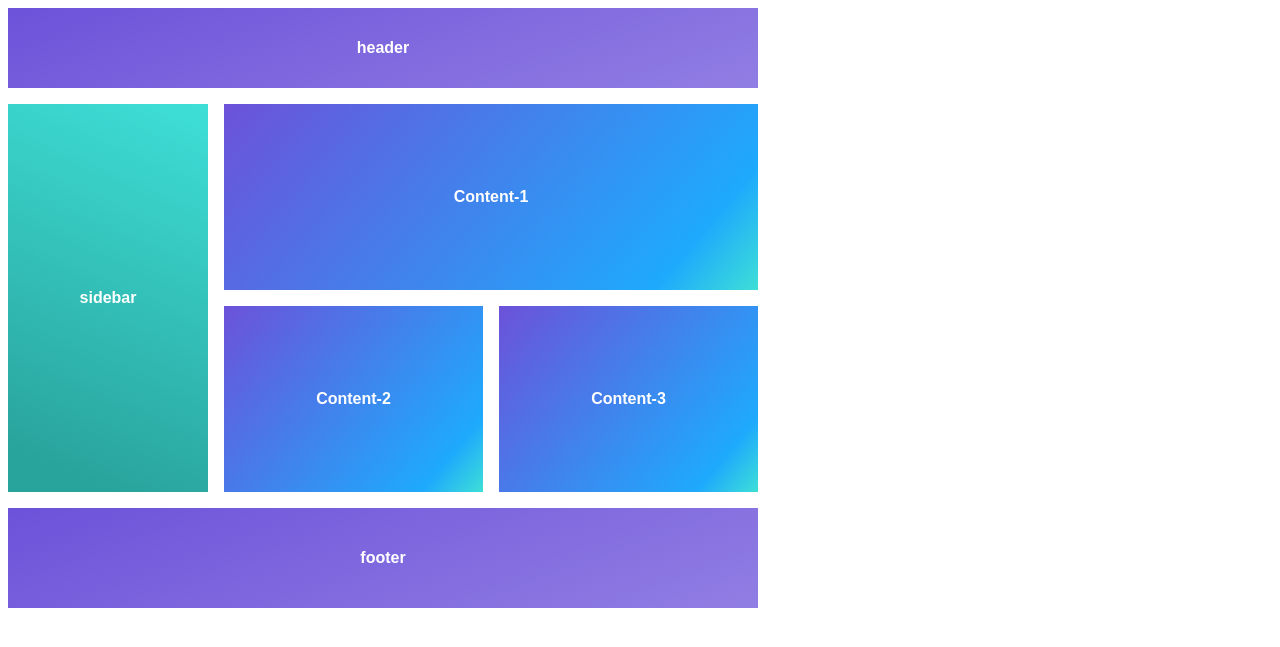
Repository: mariocapitbrok/css-grid
Page: 2_basicLayout/index.html
These files come from the project's save history. The page is drawn as it stood at one moment and after the next save; the edit follows.
The browser window is 1280 px wide. The pictures show the whole page.

Above is the page before, as saved 2022-12-30 14:19:04.

After the next save:
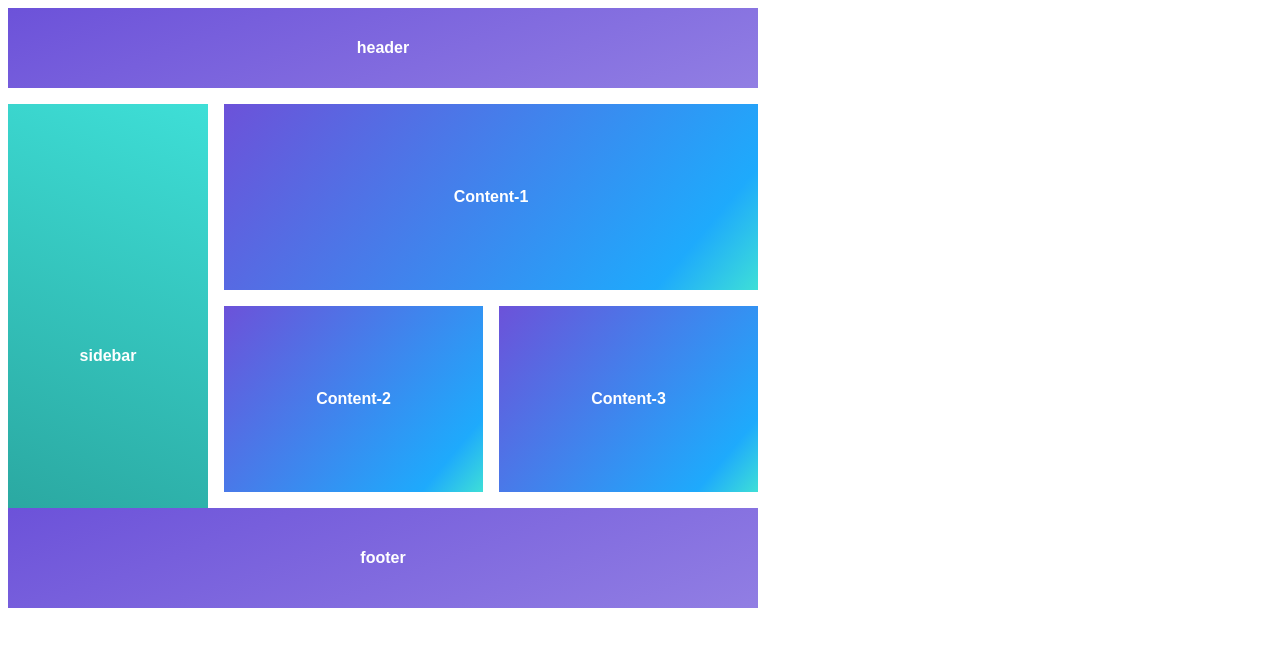
Saved 13 s later.
--- a/2_basicLayout/styles.css
+++ b/2_basicLayout/styles.css
@@ -25,7 +25,7 @@
 
 .sidebar {
   grid-column: 1 / 2;
-  grid-row: 2 / 4;
+  grid-row: 2 / 5;
   display: flex;
   justify-content: center;
   align-items: center;

After the save that followed:
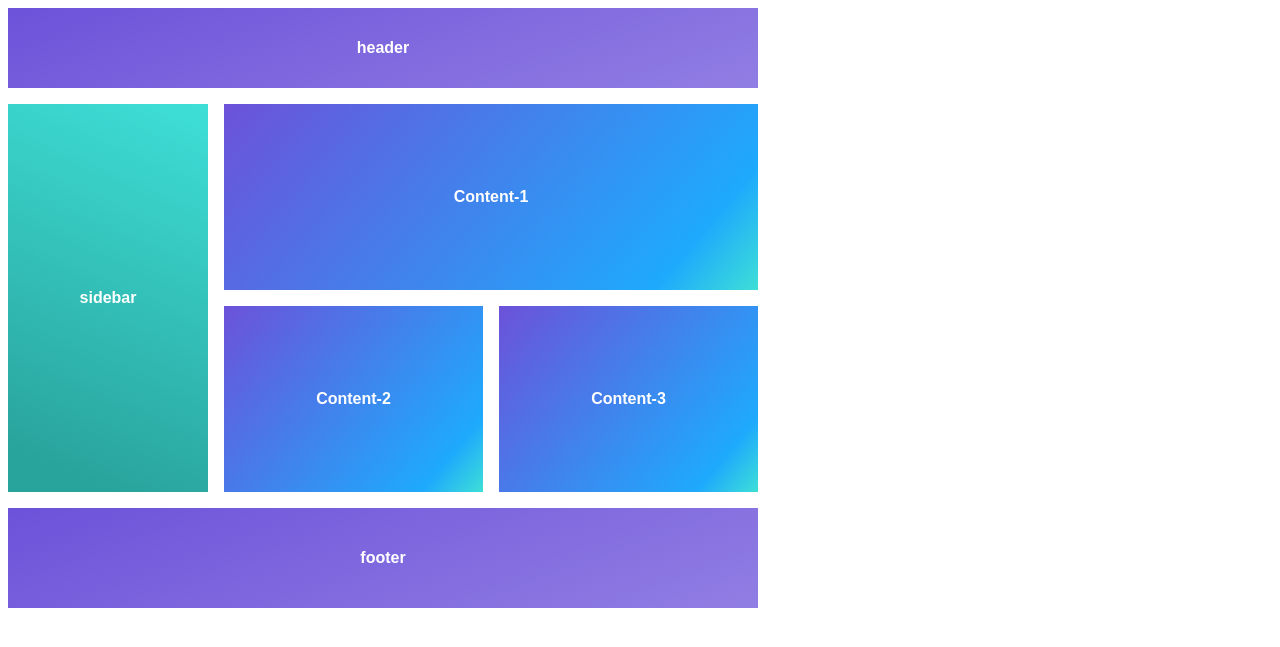
Saved 9 s later.
--- a/2_basicLayout/styles.css
+++ b/2_basicLayout/styles.css
@@ -25,7 +25,7 @@
 
 .sidebar {
   grid-column: 1 / 2;
-  grid-row: 2 / 5;
+  grid-row: 2 / 4;
   display: flex;
   justify-content: center;
   align-items: center;
